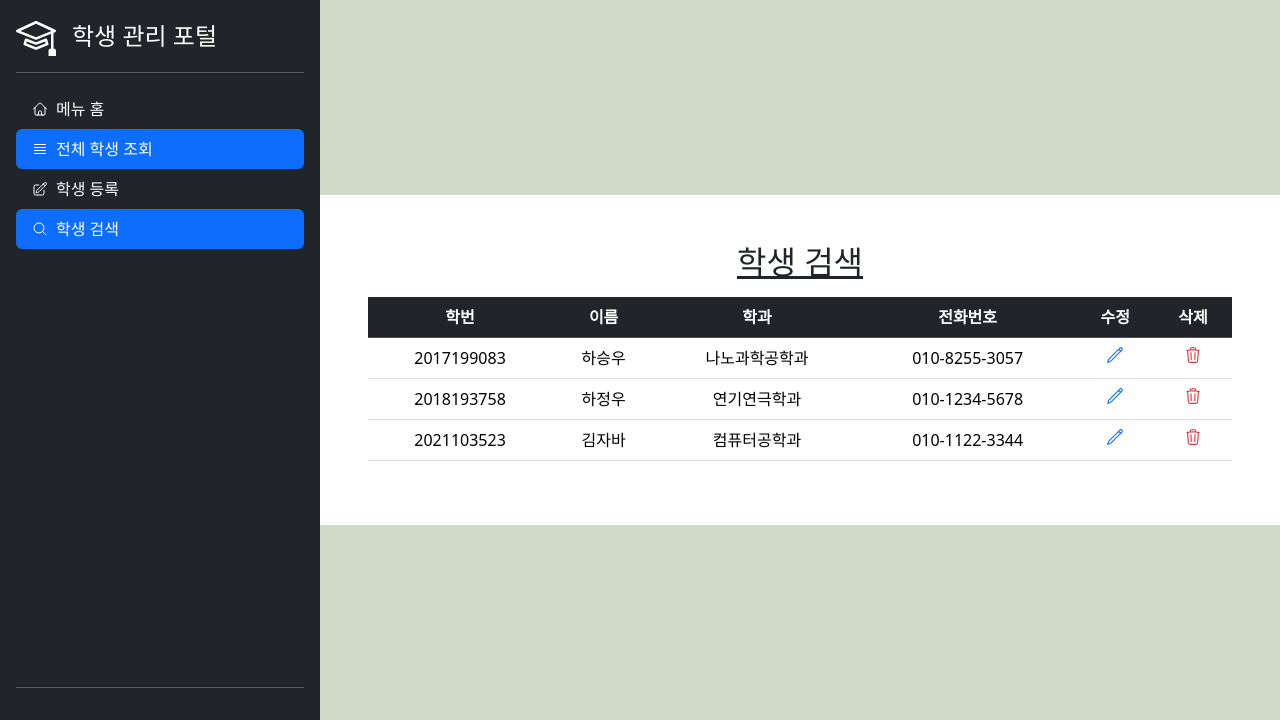
Repository: invisibleufo101/StudentManagementWeb
Page: HSW_Web/src/main/webapp/search_student.html
These files come from the project's save history. The page is drawn as it stood at one moment and after the next save; the edit follows.
The browser window is 1280 px wide. The pictures show the whole page.

Above is the page before, as saved 2024-09-19 13:29:35.

After the next save:
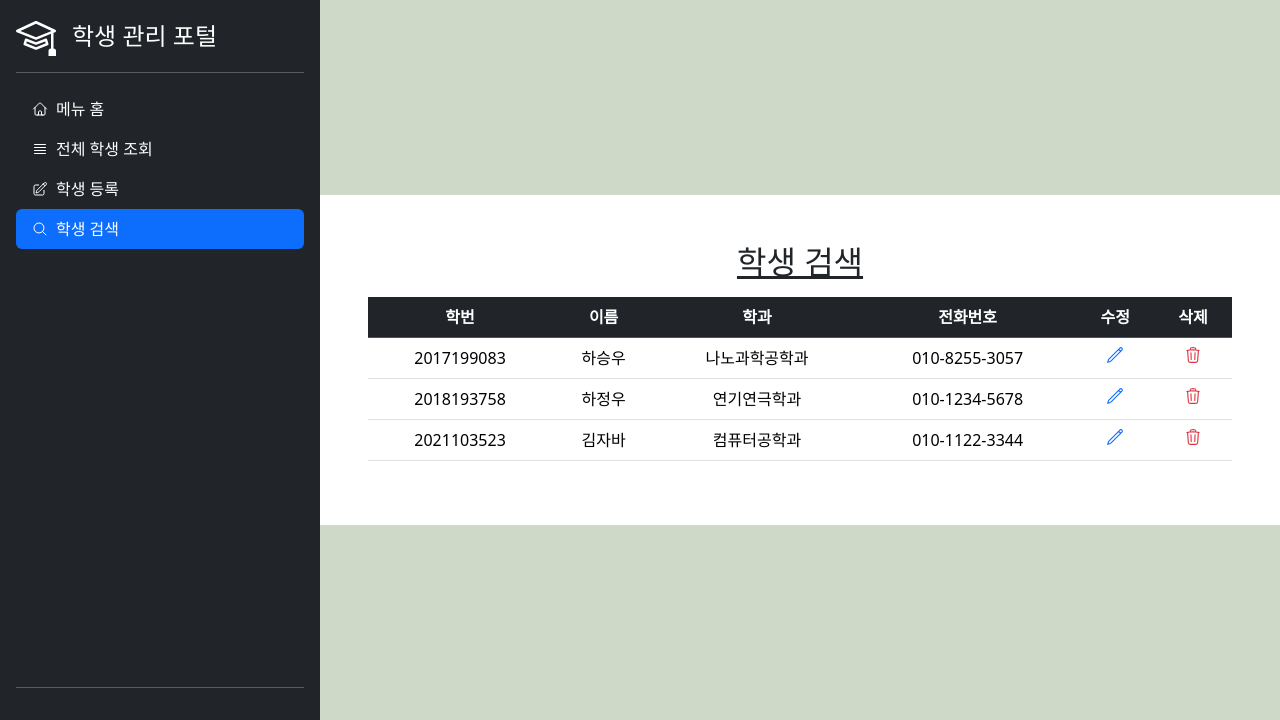
Saved 5 s later.
--- a/HSW_Web/src/main/webapp/search_student.html
+++ b/HSW_Web/src/main/webapp/search_student.html
@@ -32,7 +32,7 @@
 					</a>
 				</li>
 				<li>
-					<a href='#' class='nav-link active'>
+					<a href='#' class='nav-link text-white'>
 						<div class='d-flex align-items-center'>
 							<svg class='bi me-2' xmlns='http://www.w3.org/2000/svg' fill='none' viewBox='0 0 24 24' stroke-width='1.5' stroke='currentColor' width='16' height='16'>
 								<path stroke-linecap='round' stroke-linejoin='round' d='M3.75 5.25h16.5m-16.5 4.5h16.5m-16.5 4.5h16.5m-16.5 4.5h16.5' />
